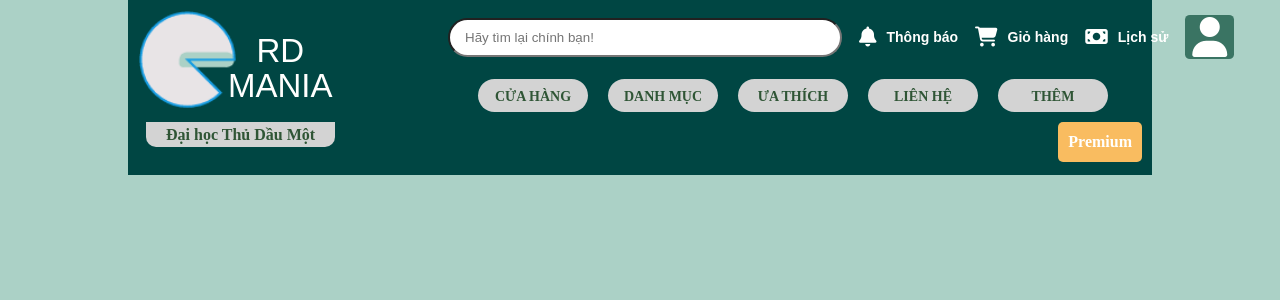
Repository: BinhTeach/rdmania
Page: Html/main.html
These files come from the project's save history. The page is drawn as it stood at one moment and after the next save; the edit follows.
The browser window is 1280 px wide. The pictures show the whole page.
Some web fonts or font styles are not loaded; a fallback is used. Some web libraries are served in a nearby version.

Above is the page before, as saved 2024-03-01 00:41:56.

### Html/main.html
<!DOCTYPE html>
<html lang="en">
<head>
    <meta charset="UTF-8">
    <meta name="viewport" content="width=device-width, initial-scale=1.0">
    <title>RDMania Store</title>
    <link rel="stylesheet" href="../Css/styles.css">
    <script src="https://kit.fontawesome.com/45c2fe20a1.js" crossorigin="anonymous"></script>
    <link rel="shortcut icon" type="image/png" href="../Image/logo.png">
    <script src="../Script/main.js"></script>
    <link href="https://fonts.cdnfonts.com/css/algeria" rel="stylesheet">
</head>
<body>
     <div id="header">
          <div class="header--container">
               <img onclick="appearMenu()" src="../Image/logo.png" alt="">
               <div class="header__title--logo">RD</br>MANIA</div>
               <nav>
                    <ul class="header__nav header__nav--up">
                         <li>
                              <input class="header__nav--find" type="text" placeholder="Hãy tìm lại chính bạn!">
                         </li>
                         <li class="header__nav--icon"><i class="fa-solid fa-bell"></i></li>
                         <li class="header__nav--titleSymbol">Thông báo</li>
                         <li class="header__nav--icon"><i class="fa-solid fa-cart-shopping"></i></i></li>
                         <li class="header__nav--titleSymbol">Giỏ hàng</li>
                         <li class="header__nav--icon " name="history-bill"><i class="fa-solid fa-money-bill"></i></li>
                         <li class="header__nav--titleSymbol">Lịch sử</li>
                         <li class="header__nav--icon fa-user--up" name='user'><i class="fa-solid fa-user"></i></li>
                    </ul>
                    <ul class="header__nav--center">
                         <li class="header__nav--menu"><a href="">Cửa hàng</a></li>
                         <li onClick="sideBar_appear()" class="header__nav--menu"><a href="">Danh mục</a>
                              <div id="sideBar__hidden">
                                   <details class="sideBar__Menu">
                                        <summary>Thắt lưng Rider</summary>
                                        <ul class="sideBar__dropList">
                                             <li class="siedeBar__dropList--sub"><a href="">Dx</a></li>
                                             <li class="siedeBar__dropList--sub"><a href="">Csm</a></li>
                                        </ul>
                                   </details>
                         `    </div>
                         </li>
                         <li class="header__nav--menu"><a href="">Ưa thích</a></li>
                         <li class="header__nav--menu"><a href="">Liên hệ</a></li>
                         <li class="header__nav--menu"><a href="">Thêm</a></li>
                    </ul>
               </nav>
          </div>
          <ul class="header__nav--down">
               <li class="header__nav--address">Đại học Thủ Dầu Một</li>
               <li class="header__nav--premium">Premium</li>
          </ul>
     </div>
</body>
<script>
     var bl = false;
     window.addEventListener('load', function(){
          if(innerWidth < 768 && bl === false){
               appearMenu();
               bl = true;
          }
          window.addEventListener('resize', function(){
               if(innerWidth < 768 && bl === false){
               appearMenu();
               bl = true;
          }
          })

     })
     function appearMenu() {
  var parentElement = document.getElementsByClassName('header--container')[0];
  var newDiv = document.createElement('div');
  parentElement.appendChild(newDiv);
  newDiv.classList.add('iconMenu');
  newDiv.innerHTML = '&#9776;';
  newDiv.id = "newMenu";
  newDiv.addEventListener('click', clickMenu);
  document.documentElement.style.setProperty('--set-Width', window.innerWidth + 'px');
     var element = document.getElementsByClassName('header__nav--icon')[0];
     }
function clickMenu() {
  let clickMenu = document.getElementsByClassName('header__nav--icon');
  for(let element of clickMenu){
     element.style.display = 'block';
  }
  let noneMenu = document.getElementsByClassName('iconMenu')[0];
  noneMenu.style.display ='none';
  let userUp = document.getElementsByClassName('header__nav--icon')[3];
  userUp.classList.add('fa-user--up');
}
function sideBar_appear(){
     var appear = document.getElementById('sideBar__hidden');
     appear.removeAttribute("display");
}

</script>
</html>

### Css/styles.css
*{
    margin:0px;
    padding: 0px;
}
@import url('https://fonts.cdnfonts.com/css/algeria');
ul{
    list-style: none;
}
@media screen and (max-width: 767.89px) {
    .header--container img{
        margin-left:-5px;
    }
    .header__title--logo{
        position: absolute;
        top:25px;
        left:110px;
    }
    nav ul li{
        display:none;
    }

    .header__nav--icon{
        margin-top: 70px;
    }
    #header{
        margin-top:10px;
        height: 130px;
        display:flex;
        flex-direction: column;
        align-items: start;
    }
    .header__nav--up{
        height: 100px;
        width: 100%;
        display: none;
    }
    .header__nav--down{
        position:absolute;
        flex-direction: start;
        top: 160px;
        align-items: center;
    }
    .header__nav--down li{
        margin-left: 15px;
        margin-top: -7px;
    }
    .header__nav--down li:nth-child(2){
        margin-left: 50px;
    }
    .header__nav--up{
        position: fixed;
        left:110px;
        top:5px;
    }
    .fa-user--up{
        position:fixed;
        top: -50px;
        right: 5px;
        font-size: 100px;
    }
    .header__nav--premium{
        position: fixed;
        right:0;
        top:130px;
    }
    .header__nav--address{
        border-radius:10px;
        position: absolute;
        top:-10px;
        left: 20px;
        white-space:nowrap;
    }
}
.iconMenu{
    font-size: 30px;
    color:white;
    display: flex;
    padding-top: 5px;
    align-items: center;
    cursor:pointer;
    position: absolute;
    left: 300px;
    top: 58px;
}
@media screen and (min-width: 768px) and (max-width:1023.98px) {
    #header{
        max-width: 100vw;
    }
    .header--container img{
        margin-left:10px;
        margin-top:30px;
        position: relative;
        left:0;
        top:15px;
    }
    .header__title--logo{
        margin-top: 10px;
        white-space: wrap;
        text-wrap: wrap;
        flex:0.5;
    }
    nav{
        justify-content: end;
        margin-top:20px;
        flex:2;
    }
    .fa-user--up{
        position: fixed;
        margin-right: 5px;
        font-size: 100px;
        right:0;
    }
    .header__nav--premium{
        margin-top: 0px;
    }
    .header__nav--address{
        margin-top:10px;
        border-top-right-radius:10px;
    }
    nav ul.header__nav--up li input,.header__nav--menu:nth-child(3), .header__nav--menu:nth-child(5){
        display:none;
    }
    .header__nav--icon, .header__nav--menu{
        margin-left: 20px;
    }
    .iconMenu{
        display: none;
    }
}
@media screen and (min-width: 1024px) {
    .iconMenu{
        display: none;
    }
}
body{
    background-color: #ABD1C6;
    color: #fffffe;
}

#header{
    position:fixed;
    top:0;
    left: 0;
    right: 0;
    margin: 0 auto;
    width: 1024px;
    background-color: #004643;
    height: 175px;
}
.header--container{
    display: flex;
}
.header--container img{
    border-radius: 100%;
    margin-left: 10px;
    margin-top: 10px;
    width: 100px;
    height: 100px;
}
nav{
    display:flex;
    flex-direction: column;
    margin-left:200px;
}
.header__title--logo{
    font-family: 'Algeria', sans-serif;
    align-self: center;
    font-size: 33px;
    text-align: center;
    padding-top: 15px;
    line-height: 1.05;
    white-space: wrap;
    position: absolute;
    left: 100px;
}
.header__nav{
    display:flex;
    flex-direction: row;
    padding: 5px;
    align-items: center;
}
.header__nav--up{
    padding-top:10px;
}
.header__nav>li{
    padding:5px;
    text-wrap:nowrap;
}
.header__nav li:nth-child(even){
    padding-left: 12px;
}
.header__nav--find{
    border-radius: 30px;
    flex: 1;
    width: 390px;
    height: 35px;
}
.header__nav--find::placeholder{
    padding-left: 15px;
    font-family: Arial, Helvetica, sans-serif;
}
.header__nav--icon{
    font-size:20px;
    cursor:pointer;
}
.header__nav--titleSymbol{
    font-family: Arial, Helvetica, sans-serif;
    font-size: 14px;
    cursor:pointer;
    font-weight: 700;
}
.fa-user{
    font-size: 40px;
    background-color: #3a7463;
    padding: 2px 7px;
    border-radius: 10%;
}
.header__nav--center{
    display:flex;
}

.header__nav--menu:nth-child(1){
    margin-left: 40px;
}
.header__nav--menu a{
    text-decoration: none;
    text-transform: uppercase;
    font-size: 14px;
    font-weight: 600;
    color: #2f5535;
    display: flex;
    align-items: center;
    justify-content: center;
    position: relative;
}

.header__nav--down{
    display:flex;
    justify-content: space-between;
}
.header__nav--address{
    padding: 0 20px;
    border-bottom-left-radius: 10px;
    border-bottom-right-radius: 10px;
    background-color: #D3D3D3;
    color:#2f5535;
    height: 25px;
    display: flex;
    align-items: center;
    font-weight: 600;
    margin-left: 18px;
}
.header__nav--premium{
    height:40px;
    background-color: #F9BC60;
    color: #fffffe;
    font-weight: 600;
    margin-right:10px;
    padding:0 10px;
    display:flex;
    align-items: center;
    justify-content: center;
    border-radius: 5px;
    cursor:cell;
}
.header__nav--menu{
    padding: 0 15px;
    padding-top: 10px;
    border-radius: 30px;
    background-color:#D3D3D3;
    width: 80px;
    height: 23px;
    text-align:center;
    margin:10px;

}
.header__nav--menu:nth-child(2){
    position: relative;
}
#sideBar__appear{
    display:block;
}
#sideBar__hidden{
    display:none;
    position: absolute;
}
.sideBar__Menu{

}
.sideBar__dropList{

}
.siedeBar__dropList--sub{

}

### Script/main.js
var S = 'xin chào bạn';
S.slice(4);
console.log(S.charAt(2, 5));

After the next save:
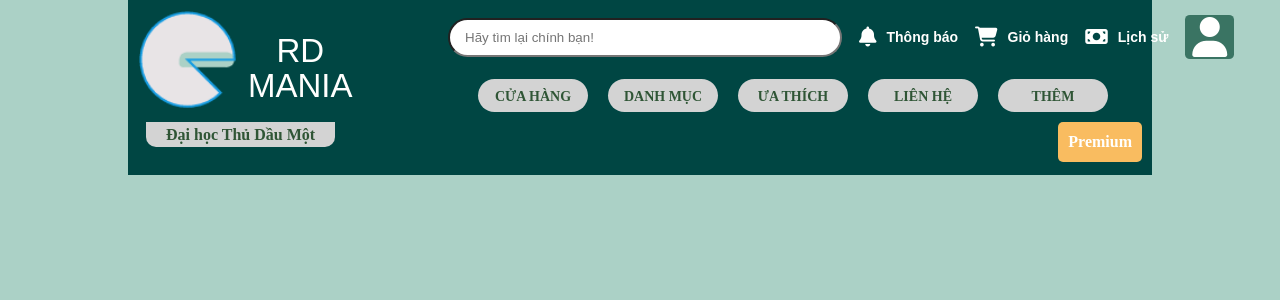
Saved 4 s later.
--- a/Css/styles.css
+++ b/Css/styles.css
@@ -171,7 +171,7 @@ nav{
     line-height: 1.05;
     white-space: wrap;
     position: absolute;
-    left: 100px;
+    left: 120px;
 }
 .header__nav{
     display:flex;
